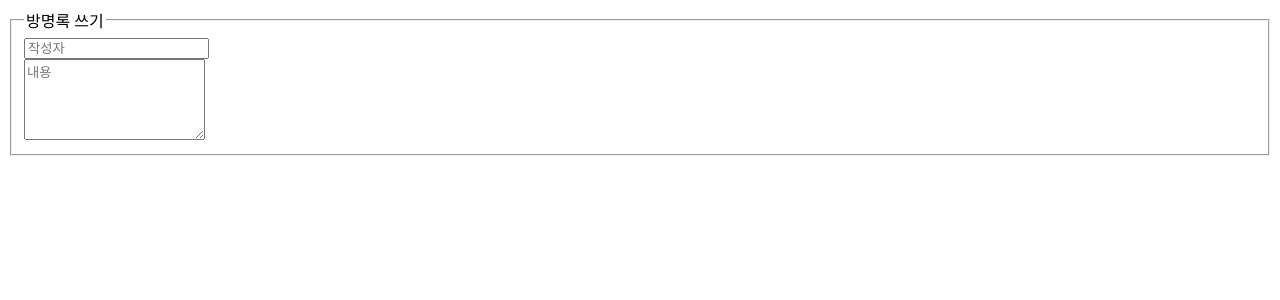
Repository: tkdwns0016/WebEclipse
Page: http://localhost/jsp07_db/guestbook/message.jsp
These files come from the project's save history. The page is drawn as it stood at one moment and after the next save; the edit follows.
The browser window is 1280 px wide. The pictures show the whole page.
The page is served by Tomcat 9. Other server files are loaded and not shown.

Above is the page before, as saved 2021-05-24 04:03:21.

### jsp07_db/WebContent/guestbook/message.jsp
<%@ page language="java" contentType="text/html; charset=UTF-8"
    pageEncoding="UTF-8"%>
<!DOCTYPE html>
<html>
<head>
<meta charset="UTF-8">
<title>방명록</title>
</head>
<body>
	<form action="" method="post">
		<fieldset>
		<legend>방명록 쓰기</legend>
		<input type="text" name="guestName" placeholder="작성자"><br>
		<textarea rows="5" cols="20" placeholder="내용" name="message"></textarea>
		</fieldset>
	</form>
</body>
</html>

After the next save:
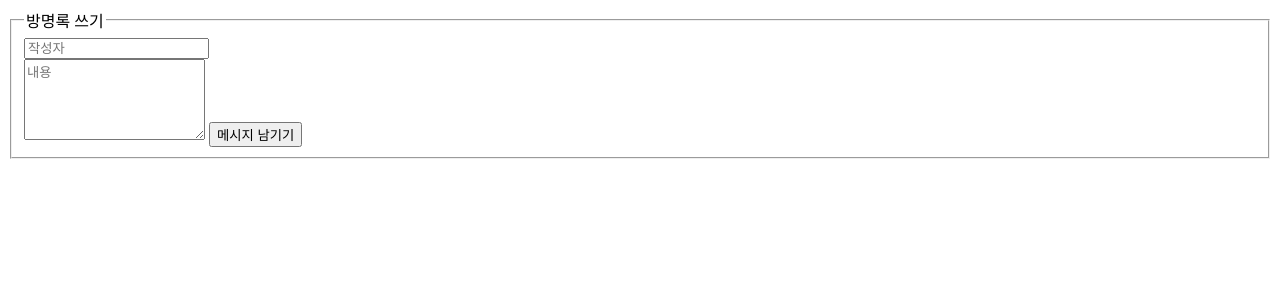
Saved 25 s later.
--- a/jsp07_db/WebContent/guestbook/message.jsp
+++ b/jsp07_db/WebContent/guestbook/message.jsp
@@ -12,6 +12,7 @@
 		<legend>방명록 쓰기</legend>
 		<input type="text" name="guestName" placeholder="작성자"><br>
 		<textarea rows="5" cols="20" placeholder="내용" name="message"></textarea>
+		<input type="submit" value="메시지 남기기">
 		</fieldset>
 	</form>
 </body>
